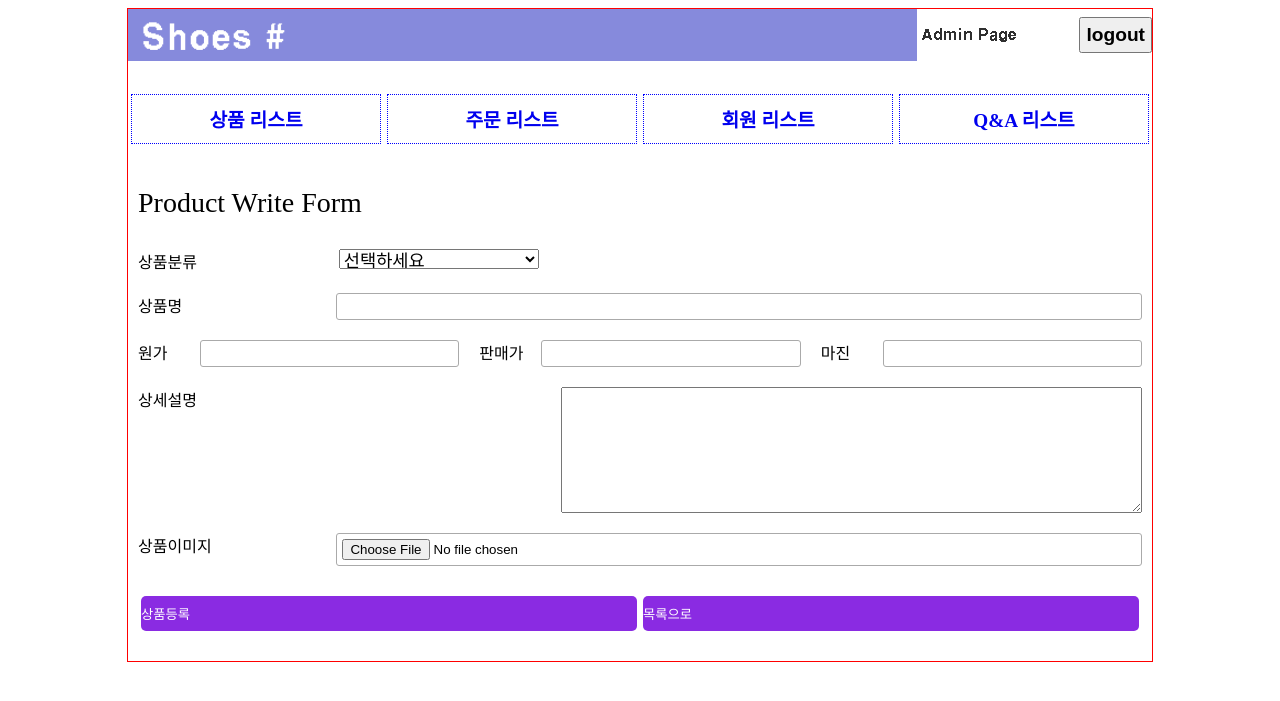
Repository: kkm41/SQL
Page: http://localhost/WEB12_ShoesShop/admin/product/productWrite.jsp
These files come from the project's save history. The page is drawn as it stood at one moment and after the next save; the edit follows.
The browser window is 1280 px wide. The pictures show the whole page.
The page is served by Tomcat 10. Other server files are loaded and not shown. The template is opened directly, without the code that normally fills it, so the values that code supplies are empty.

Above is the page before, as saved 2024-05-23 07:41:32.

### workspace/WEB12_ShoesShop/src/main/webapp/admin/product/productWrite.jsp
<%@ page language="java" contentType="text/html; charset=UTF-8"
    pageEncoding="UTF-8"%>
<%@include file="/admin/header.jsp" %>
<%@include file="/admin/sub_menu.jsp" %>

<article>
	<form>
		<h2>Product Write Form</h2>
					<div class="field">
						<label>상품분류</label>
						<div>
							<select name="kind" style="width:200px; height:20px; font-size:110%;">
								<option value="">선택하세요</option>
								<c:forEach items="${kindList}" var="kind" varStatus="status">
								<option value="${status.count}">${kind}</option>
								</c:forEach>
							</select>
						</div>
					</div>
					<div class="field">
						<label>상품명</label>
						<input type="text" name=""/>
					</div>
					<div class="field">
						<label>원가</label>
						<input type="text" name="price1" style="margin-right:20px; onKeyup="cals();"/>
						<label>판매가</label>
						<input type="text" name="price2" style="margin-right:20px; onKeyup="cals();"//>
						<label>마진</label>
						<input type="text" name="price3" readonly/>
					</div>
					<div class="field">
					<label>상세설명</label>
						<textarea name="content" rows="8" cols="70"></textarea>
					</div>
					<div class="field">
					<label>상품이미지</label>
						<input type="file" name="image">
					</div>
					<div class="btn">
						<input type="btn" type="button" value="상품등록" onClick="go_save()">
						<input type="btn" type="button" value="목록으로"
						onClick="location.href='shop.do?command=adminProductList'">

					</div>
		</form>
</article>

### workspace/WEB12_ShoesShop/src/main/webapp/admin/header.jsp
<%@ page language="java" contentType="text/html; charset=UTF-8"
    pageEncoding="UTF-8"%>
<%@taglib prefix="c" uri="http://java.sun.com/jsp/jstl/core"%>
<%@taglib prefix="fmt" uri="http://java.sun.com/jsp/jstl/fmt"%>
<!DOCTYPE html>
<html>
<head>
<meta charset="UTF-8">
<title>Insert title here</title>
<link rel="stylesheet" href="admin/css/admin.css">
<script src="admin/script/admin.js"></script>
</head>
<body>

<div id="wrap">
	<header>
		<div id="logo">
			<img style="width:800px" src="admin/images/bar_01.gif">
			<img src="admin/images/text.gif">
			<input class="btn" type="button" value="logout" style="float:right;"
				onClick="location.href='shop.do?command=adminLogout'">
		</div>
	</header>

### workspace/WEB12_ShoesShop/src/main/webapp/admin/sub_menu.jsp
<%@ page language="java" contentType="text/html; charset=UTF-8"
    pageEncoding="UTF-8"%>
<meta charset="UTF-8">

<nav id="sub_menu">
	<div><a href="shop.do?command=adminProductList">상품 리스트</a></div>
	<div><a href="shop.do?command=adminOrderList">주문 리스트</a></div>
	<div><a href="shop.do?command=adminMemberList">회원 리스트</a></div>
	<div><a href="shop.do?command=adminQnaList">Q&A 리스트</a></div>
</nav>

### workspace/WEB12_ShoesShop/src/main/webapp/admin/css/admin.css
@charset "UTF-8";


#wrap{width:100%; max-width:1024px; margin: 0 auto; border:1px solid red;
display:flex; flex-direction:column;}

a{text-decoration:none;}

article{
   /*border:2px solid dimgray;
   margin:2px;*/
   flex:4;
   display: flex;

}

article form{
   flex:1;
   /*border:2px solid red;
   margin:2px;*/
   display: flex;
   flex-direction: column;
}

article form h2{
   margin:0;
   margin-bottom:20px;
   font-weight: normal;
   font-size: 28px;
}

article form{padding:10px;}

article form .field{
   display: flex;
   margin:10px 0;
}
article form .field label{
   flex:1;
}
article form .field input{
   flex:4;
   padding: 5px;
    border-radius: 3px;
    border: 1px solid #AAA;
}

article form .field div{
   flex:4;
   display: flex;
}
article form .field div input[type=text]{
   flex:4;
}
article form .field div input[type=button]{
   flex:1;
}






article form .btn{
   flex:1;
   display: flex;
   margin:10px 0;
}
article form .btn input{
   flex:1;
   margin:10px 3px;
   background-color: blueviolet;
   border:none;
   color:white;
   border-radius: 5px;
   padding:10px 0;
}


header{width:100%; margin-bottom:30px;}
#logo{width:100%; display:flex; justify-content:space-between; align-items:center;}
#logo img{vertical-align:middle;}
#logo input{padding:5px; font-weight:bold; font-size:120%;}

#sub_menu{display:flex; justify-content:space-between; align-items:center; margin-bottom:30px;}
#sub_menu div{flex:1; text-align:center; padding:10px; border:1px dotted blue; margin:3px;}
#sub_menu div a{font-size:120%; font-weight:bold; text-decoration:none;}

.tb{width:100%; display:flex; flex-direction:column; margin-bottom:30px;}
.row{display:flex;}
.coltitle{background:blueviolet; margin:1px; padding:10px; color:white; text-align:center;}
.col{flex:1; border:1px dotted blueviolet; margin:1px; padding:10px; text-align:center;}

.coltitle:nth-child(1), .col:nth-child(1){flex:1;}
.coltitle:nth-child(2), .col:nth-child(2){flex:3;}
.coltitle:nth-child(3), .col:nth-child(3){flex:1;}
.coltitle:nth-child(4), .col:nth-child(4){flex:1;}
.col:nth-child(3), .col:nth-child(4){text-align:right;}
.coltitle:nth-child(5), .col:nth-child(5){flex:2;}
.coltitle:nth-child(6), .col:nth-child(6){flex:1;}
footer{width:100%;}
footer div{font-size:110%;}

### workspace/WEB12_ShoesShop/src/main/webapp/admin/script/admin.js
function loginCheck(){
	if(document.loginForm.userid.value==""){
		alert("아이디를 입력하세요");
		document.loginForm.userid.focus();
		return false;
	}else if(document.loginForm.pwd.value==""){
		alert("패스워드를 입력하세요");
		document.loginForm.pwd.focus();
		return false;
	}else{
		return true;
	}


}


function go_search(command){
	var url="shop.do?command=" + command + "&page=1";
	document.frm.action = url;
	document.frm.submit();


}

function go_detail(pseq){
	location.href="shop.do?command=adminProductDetail&pseq=" + pseq;
}
function go_wrt(){


}

After the next save:
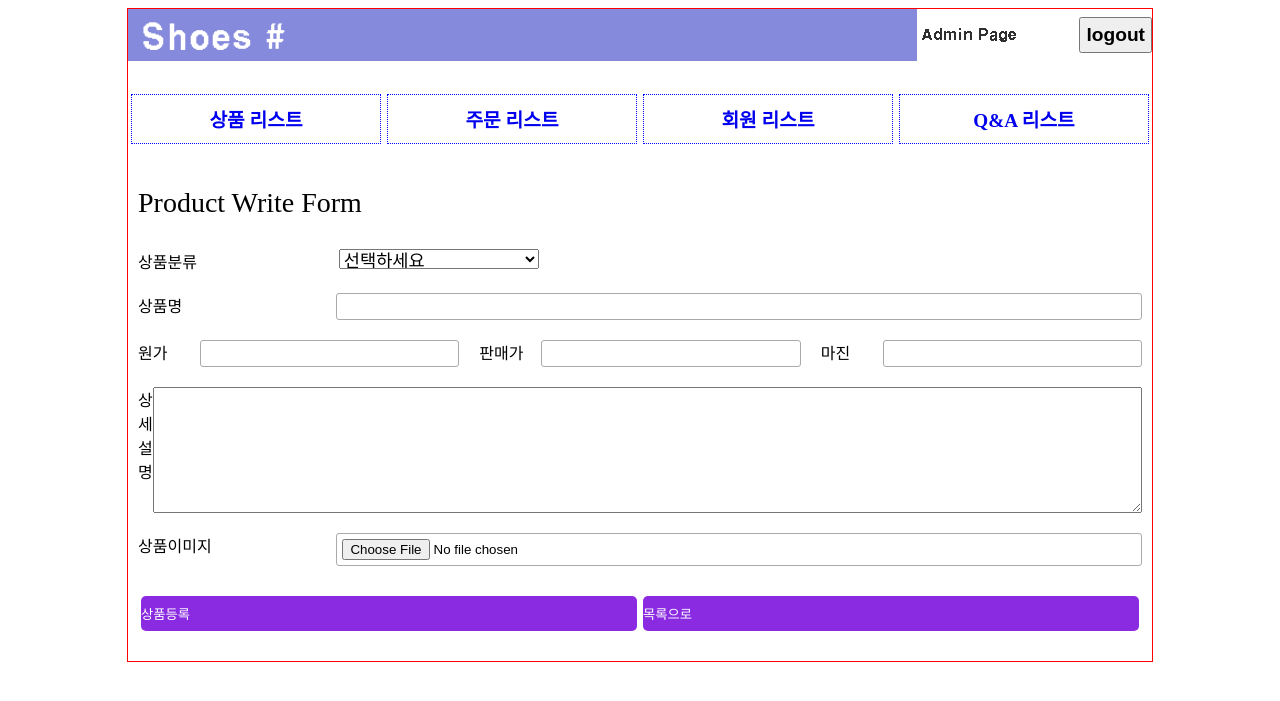
Saved 21 s later.
--- a/workspace/WEB12_ShoesShop/src/main/webapp/admin/product/productWrite.jsp
+++ b/workspace/WEB12_ShoesShop/src/main/webapp/admin/product/productWrite.jsp
@@ -31,7 +31,7 @@
 					</div>
 					<div class="field">
 					<label>상세설명</label>
-						<textarea name="content" rows="8" cols="70"></textarea>
+						<textarea name="content" rows="8" style="width:100%"></textarea>
 					</div>
 					<div class="field">
 					<label>상품이미지</label>
